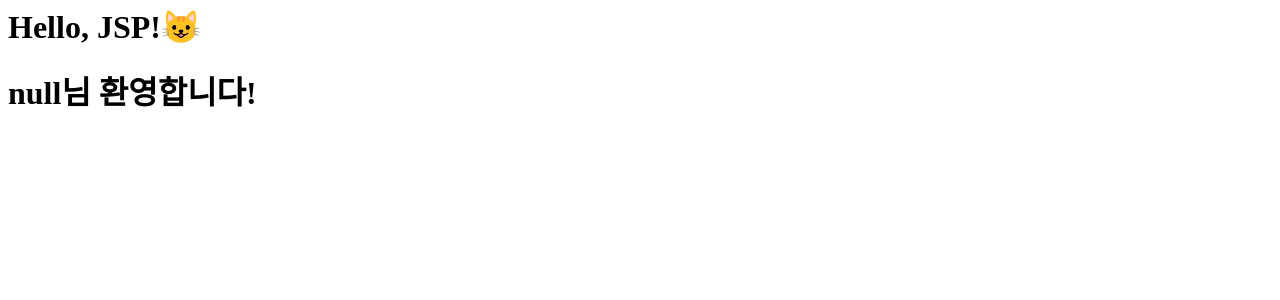
Repository: sehyunf/jsp
Page: http://localhost/servlet/home
The author's editor kept a copy of each file at every save. The page is drawn from the files as they stood at one save, then again after the next save.
The browser window is 1280 px wide. The pictures show the whole page.
The page is served by Tomcat 9.

Above is the page before, as saved 2025-03-05 01:33:47.

### servlet/src/main/java/com/app/servlet/MyServlet.java
package com.app.servlet;

import java.io.IOException;
import java.io.PrintWriter;

import javax.servlet.ServletException;
import javax.servlet.http.HttpServlet;
import javax.servlet.http.HttpServletRequest;
import javax.servlet.http.HttpServletResponse;

/**
 * Servlet implementation class MyServlet
 */
//@WebServlet("/home")
// URL을 mapping 해주는 역할
// 하지만 파일 하나의 어노테이션이 다 들어가 있으면, 유지보수가 어렵다.
// 따라서 web.xml을 연결해서 한번에 일괄적으로 관리한다
// 프로젝트 하나당 web.xml하나

public class MyServlet extends HttpServlet {
	private static final long serialVersionUID = 1L;

    /**
     * @see HttpServlet#HttpServlet()
     */
    public MyServlet() {
        super();
        // TODO Auto-generated constructor stub
    }

	/**
	 * @see HttpServlet#doGet(HttpServletRequest request, HttpServletResponse response)
	 */
	protected void doGet(HttpServletRequest request, HttpServletResponse response) throws ServletException, IOException {
//		인코딩 설정 필수*
		request.setCharacterEncoding("UTF-8");
		response.setContentType("text/html; charset=utf-8;");

		PrintWriter out = response.getWriter();
		String name = "";
		name = request.getParameter("name");


		out.print("<h1>Hello, JSP!😺<h1/>");
		out.print(name + "님 환영합니다!");
		out.close();
	}

	/**
	 * @see HttpServlet#doPost(HttpServletRequest request, HttpServletResponse response)
	 */
	protected void doPost(HttpServletRequest request, HttpServletResponse response) throws ServletException, IOException {
		doGet(request, response);
	}

}

After the next save:
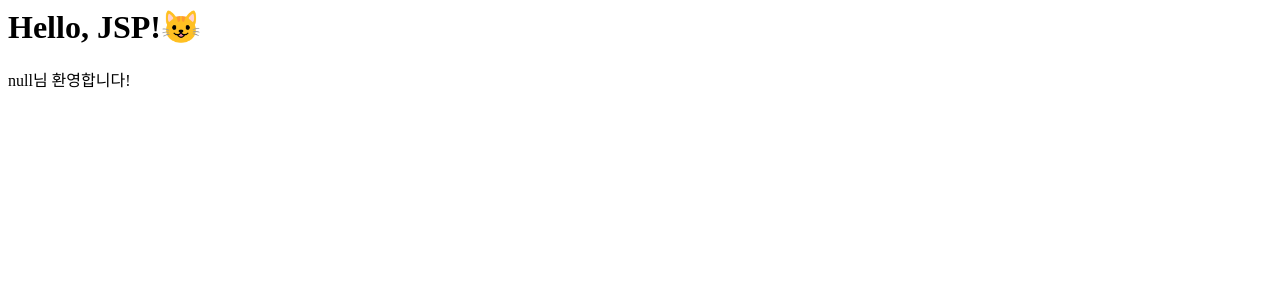
Saved 94 s later.
--- a/servlet/src/main/java/com/app/servlet/MyServlet.java
+++ b/servlet/src/main/java/com/app/servlet/MyServlet.java
@@ -41,7 +41,7 @@ public class MyServlet extends HttpServlet {
 		name = request.getParameter("name");
 
 
-		out.print("<h1>Hello, JSP!😺<h1/>");
+		out.print("<h1>Hello, JSP!😺</h1>");
 		out.print(name + "님 환영합니다!");
 		out.close();
 	}
